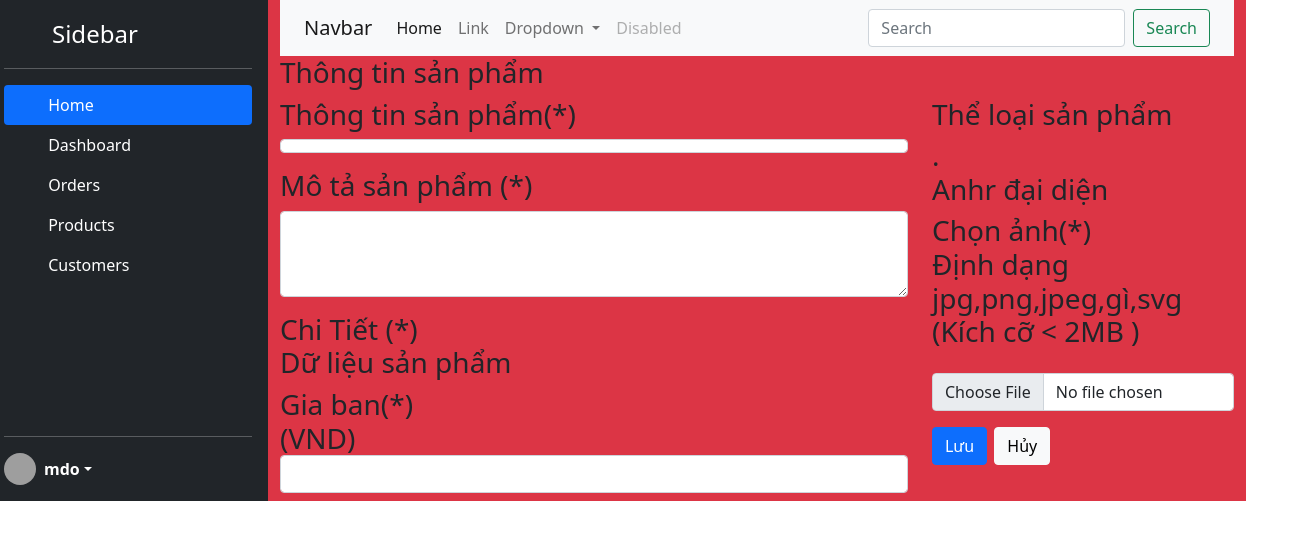
Repository: Lehuyhuynh/BT12-BOOTSTRAP
Page: index.html
The author's editor kept a copy of each file at every save. The page is drawn from the files as they stood at one save, then again after the next save.
The browser window is 1280 px wide. The page is 1292 px wide, so the pictures cover 1292 px, including what lies to the right of the window. The pictures show the whole page.
Pictures or frames that could not be fetched are drawn as grey boxes.

Above is the page before, as saved 2023-08-19 22:59:03.

### index.html
<!DOCTYPE html>
<html lang="en">
<head>
  <link href="https://cdn.jsdelivr.net/npm/bootstrap@5.1.3/dist/css/bootstrap.min.css" rel="stylesheet" integrity="sha384-1BmE4kWBq78iYhFldvKuhfTAU6auU8tT94WrHftjDbrCEXSU1oBoqyl2QvZ6jIW3" crossorigin="anonymous">
  <meta charset="UTF-8">
  <meta name="viewport" content="width=device-width, initial-scale=1.0">
  <title>BT2</title>
</head>
<body>
  <div class="row">
    <div class=" col-3 d-flex flex-column flex-shrink-0 p-3 text-white bg-dark rounded-lg" style="width: 280px;">
      <a href="/" class="d-flex align-items-center mb-3 mb-md-0 me-md-auto text-white text-decoration-none">
        <svg class="bi me-2" width="40" height="32"><use xlink:href="#bootstrap"></use></svg>
        <span class="fs-4">Sidebar</span>
      </a>
      <hr>
      <ul class="nav nav-pills flex-column mb-auto">
        <li class="nav-item">
          <a href="#" class="nav-link active" aria-current="page">
            <svg class="bi me-2" width="16" height="16"><use xlink:href="#home"></use></svg>
            Home
          </a>
        </li>
        <li>
          <a href="#" class="nav-link text-white">
            <svg class="bi me-2" width="16" height="16"><use xlink:href="#speedometer2"></use></svg>
            Dashboard
          </a>
        </li>
        <li>
          <a href="#" class="nav-link text-white">
            <svg class="bi me-2" width="16" height="16"><use xlink:href="#table"></use></svg>
            Orders
          </a>
        </li>
        <li>
          <a href="#" class="nav-link text-white">
            <svg class="bi me-2" width="16" height="16"><use xlink:href="#grid"></use></svg>
            Products
          </a>
        </li>
        <li>
          <a href="#" class="nav-link text-white">
            <svg class="bi me-2" width="16" height="16"><use xlink:href="#people-circle"></use></svg>
            Customers
          </a>
        </li>
      </ul>
      <hr>
      <div class="dropdown">
        <a href="#" class="d-flex align-items-center text-white text-decoration-none dropdown-toggle" id="dropdownUser1" data-bs-toggle="dropdown" aria-expanded="false">
          <img src="https://github.com/mdo.png" alt="" width="32" height="32" class="rounded-circle me-2">
          <strong>mdo</strong>
        </a>
        <ul class="dropdown-menu dropdown-menu-dark text-small shadow" aria-labelledby="dropdownUser1" style="">
          <li><a class="dropdown-item" href="#">New project...</a></li>
          <li><a class="dropdown-item" href="#">Settings</a></li>
          <li><a class="dropdown-item" href="#">Profile</a></li>
          <li><hr class="dropdown-divider"></li>
          <li><a class="dropdown-item" href="#">Sign out</a></li>
        </ul>
      </div>
    </div>
    <div class="main-content bg-danger col-9" >
      <nav class="navbar navbar-expand-lg navbar-light bg-light">
        <div class="container-fluid">
          <a class="navbar-brand" href="#">Navbar</a>
          <button class="navbar-toggler" type="button" data-bs-toggle="collapse" data-bs-target="#navbarSupportedContent" aria-controls="navbarSupportedContent" aria-expanded="false" aria-label="Toggle navigation">
            <span class="navbar-toggler-icon"></span>
          </button>
          <div class="collapse navbar-collapse" id="navbarSupportedContent">
            <ul class="navbar-nav me-auto mb-2 mb-lg-0">
              <li class="nav-item">
                <a class="nav-link active" aria-current="page" href="#">Home</a>
              </li>
              <li class="nav-item">
                <a class="nav-link" href="#">Link</a>
              </li>
              <li class="nav-item dropdown">
                <a class="nav-link dropdown-toggle" href="#" id="navbarDropdown" role="button" data-bs-toggle="dropdown" aria-expanded="false">
                  Dropdown
                </a>
                <ul class="dropdown-menu" aria-labelledby="navbarDropdown">
                  <li><a class="dropdown-item" href="#">Action</a></li>
                  <li><a class="dropdown-item" href="#">Another action</a></li>
                  <li><hr class="dropdown-divider"></li>
                  <li><a class="dropdown-item" href="#">Something else here</a></li>
                </ul>
              </li>
              <li class="nav-item">
                <a class="nav-link disabled" href="#" tabindex="-1" aria-disabled="true">Disabled</a>
              </li>
            </ul>
            <form class="d-flex">
              <input class="form-control me-2" type="search" placeholder="Search" aria-label="Search">
              <button class="btn btn-outline-success" type="submit">Search</button>
            </form>
          </div>
        </div>
      </nav>
      <div class="row">

        <h3>Thông tin sản phẩm<h3>

          <div class="row">
            <div class="more col-8">

              <div class="product">

                <div class="mb-3">
                  <label for="information" class="form-label">Thông tin sản phẩm(*)</label>
                  <table class="form-control" id="information" name="information" rows="3"></table>
                </div>

                <div class="mb-3">
                  <label for="exampleFormControlTextarea1" class="form-label">Mô tả sản phẩm (*)</label>
                  <textarea class="form-control" id="exampleFormControlTextarea1" rows="3"></textarea>
                </div>

                <span>Chi Tiết (*) </span><br>

              </div>

              <div class="data">

                <h3>Dữ liệu sản phẩm</h3>

                <label for="data">Gia ban(*)<br> (VND)</label>
                <input class="form-control" type="text" placeholder="" id="data" aria-label="default input example">



              </div>

            </div>

            <div class="category col-4">

              <div class="cate">

                <h3>Thể loại sản phẩm</h3>
                .

              </div>

              <div class="img">

                <h3>Anhr đại diện</h3>
                <div class="mb-3">
                  <label for="formFile" class="form-label">Chọn ảnh(*)
                    <p>Định dạng jpg,png,jpeg,gì,svg (Kích cỡ < 2MB )    </p>
                  </label>
                  <input class="form-control" type="file" id="formFile">
                </div>
              </div>

              <button type="button" class="btn btn-primary">Lưu</button>
              <button type="button" class="btn btn-light">Hủy</button>
            </div>
          </div>






      </div>
    </div>


  </div>

  <script src="https://cdn.jsdelivr.net/npm/bootstrap@5.1.3/dist/js/bootstrap.bundle.min.js" integrity="sha384-ka7Sk0Gln4gmtz2MlQnikT1wXgYsOg+OMhuP+IlRH9sENBO0LRn5q+8nbTov4+1p" crossorigin="anonymous"></script>
</body>
</html>

After the next save:
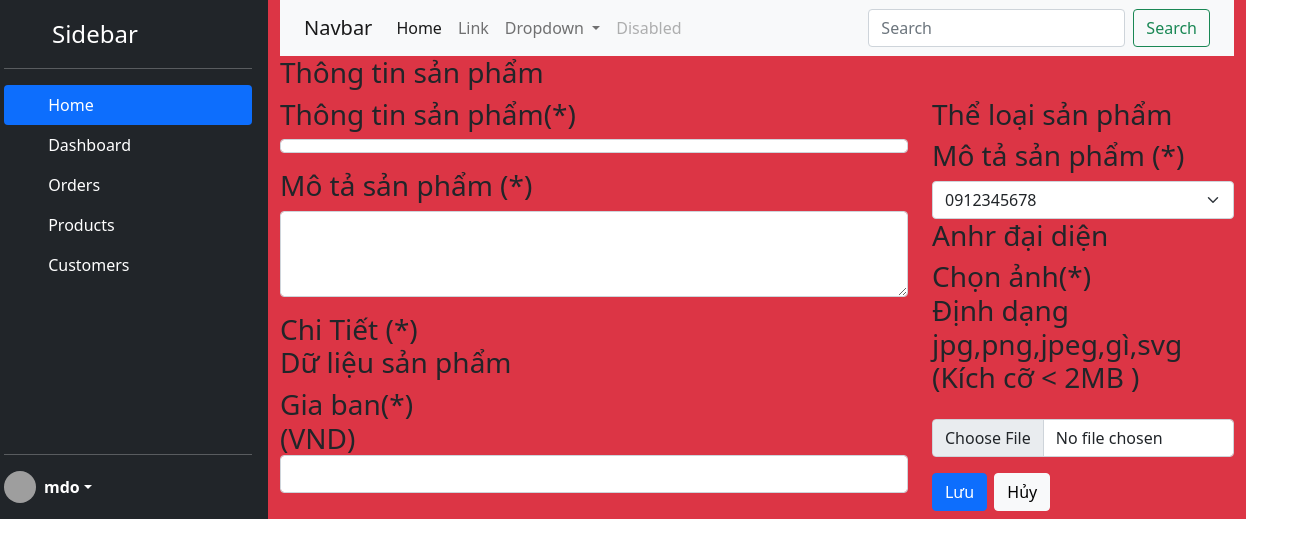
Saved 5 s later.
--- a/index.html
+++ b/index.html
@@ -139,7 +139,16 @@
               <div class="cate">
 
                 <h3>Thể loại sản phẩm</h3>
-                .
+                <div class="phone">
+                  <label for="phone" class="form-label">Mô tả sản phẩm (*)</label>
+
+                <select id="phone" class="form-select" aria-label="Default select example">
+
+                  <option value="1">0912345678</option>
+                  <option value="2">0123456789</option>
+                  <option value="3">1234567890</option>
+                </select>
+                </div>
 
               </div>
 
